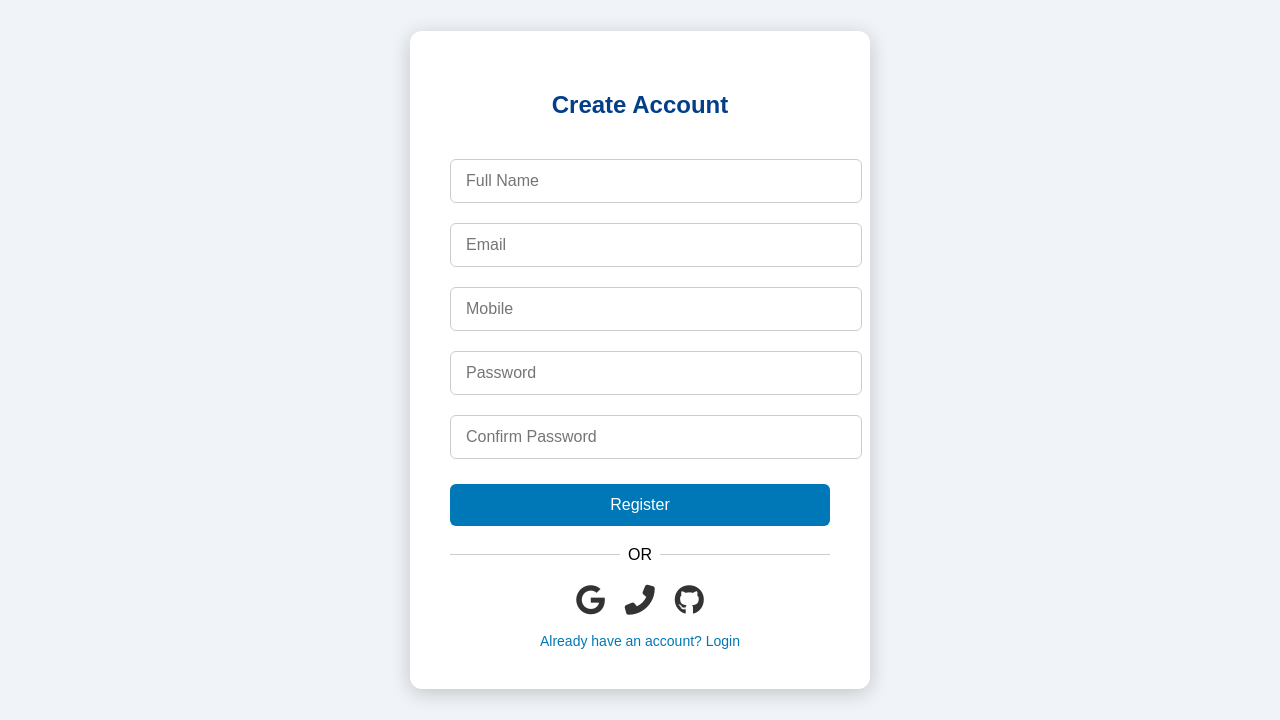
Repository: Mathin04/Online-Interview-Platform-
Page: pages.html/register.html
The author's editor kept a copy of each file at every save. The page is drawn from the files as they stood at one save, then again after the next save.
The browser window is 1280 px wide. The pictures show the whole page.

Above is the page before, as saved 2025-10-08 14:19:41.

After the next save:
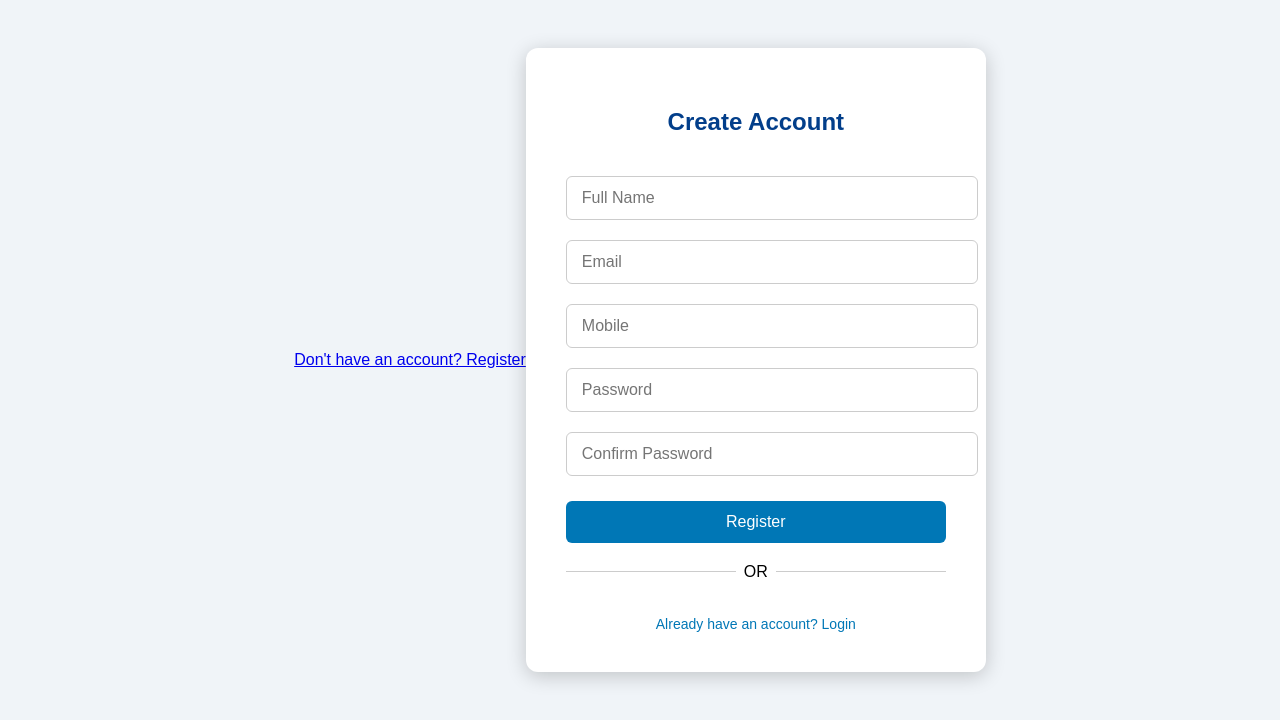
Saved 2 min 7 s later.
--- a/pages.html/register.html
+++ b/pages.html/register.html
@@ -3,7 +3,7 @@
 <head>
   <meta charset="UTF-8">
   <title>Register | M-Terview</title>
-  <link rel="stylesheet" href="https://cdnjs.cloudflare.com/ajax/libs/font-awesome/6.4.0/css/all.min.css">
+  <a href="register.html" class="register-link">Don't have an account? Register</a>
   <style>
     body {
       font-family: Arial, sans-serif;
